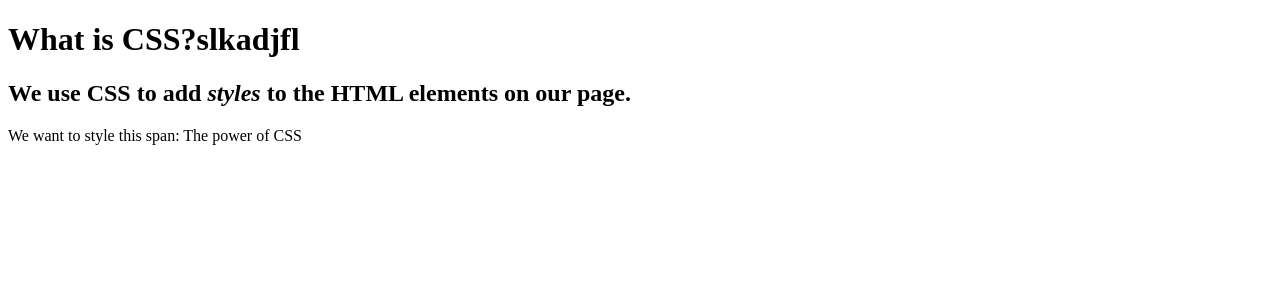
Repository: 3EyEdRav3n/10-2020-cohort-course
Page: week-1/day-3/index.html
The author's editor kept a copy of each file at every save. The page is drawn from the files as they stood at one save, then again after the next save.
The browser window is 1280 px wide. The pictures show the whole page.

Above is the page before, as saved 2020-10-28 19:56:36.

After the next save:
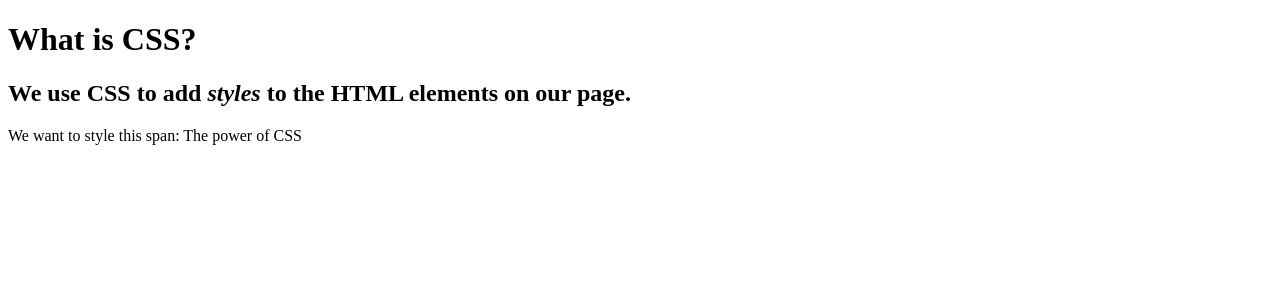
Saved 9 s later.
--- a/week-1/day-3/index.html
+++ b/week-1/day-3/index.html
@@ -6,7 +6,7 @@
     <title>Document</title>
   </head>
   <body>
-    <h1>What is CSS?slkadjfl</h1>
+    <h1>What is CSS?</h1>
     <h2>We use CSS to add <em>styles</em> to the HTML elements on our page.</h2>
 
     <p>We want to style this span: <span>The power of CSS</span></p>
